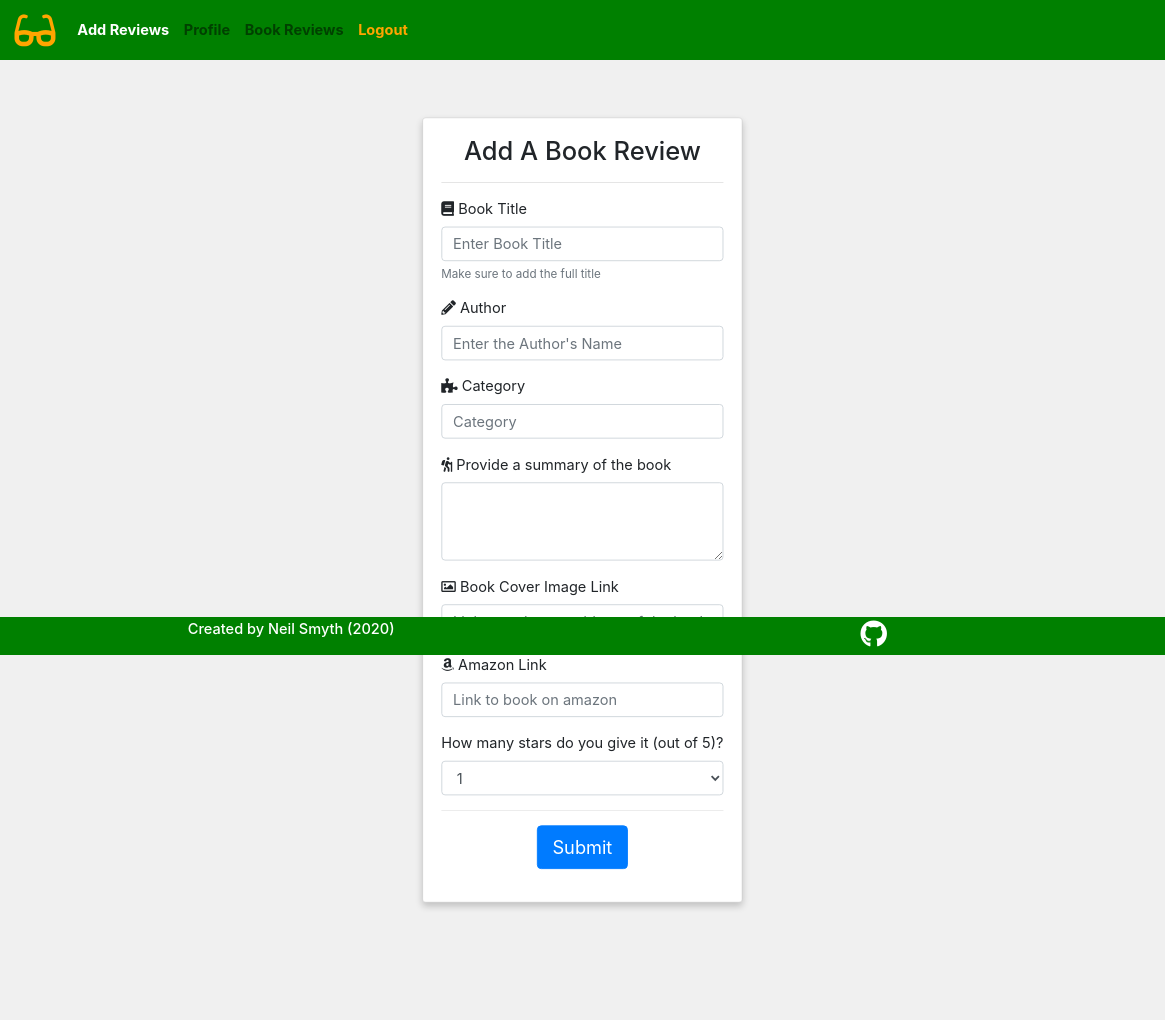
Repository: NeiloErnesto89/Data_Centric_Dev_Milestone_Project3
Page: templates/add_review.html
The author's editor kept a record of every edit. The page is drawn from the files as they stood at one moment, then again after the next edit.
The browser window is 1280 px wide. The pictures show the whole page, at 91% of full size.
Some web libraries are served in a nearby version. The template is drawn by Flask 3. The application's start-up code is not run. Other server files are loaded and not shown. The template is opened directly, without the code that normally fills it, so the values that code supplies are empty.

Above is the page before.

### templates/add_review.html
<div class="cover-container d-flex mx-auto flex-column">


{% extends 'base.html' %}

<!--NavBar with Burger Icon-->
{% block navbar %}
<header class="nav-container">
    <nav class="navbar navbar-expand-lg navbar-light mb-1 text-center fixed-top">
        <a class="navbar-brand" data-target="#modalPopUp" data-toggle="modal"><i class="fas fa-glasses" style="font-size:40px;color:orange;"></i></a>
        <button class="navbar-toggler" type="button" data-toggle="collapse" data-target="#navbarTogglerDemo02" aria-controls="navbarTogglerDemo02" aria-expanded="false" aria-label="Toggle navigation">
                                <span class="navbar-toggler-icon"></span>
                              </button>
        <div class="collapse navbar-collapse" id="navbarTogglerDemo02">
            <ul class="navbar-nav mr-auto mt-0 mt-lg-0">

                {% if user.username == None %}
                <li class="nav-item">
                    <a class="nav-link" href="{{ url_for('index') }}"><b>Home</b></a>
                </li>
                <li class="nav-item">
                    <a class="nav-link" href="{{ url_for('signup') }}"><b>Sign Up</b></a>
                </li>
                <li class="nav-item">
                    <a class="nav-link" href="{{ url_for('login') }}"><b>Login</b></a>
                </li>

                {% elif user.username == 'admin' %}

                <li class="nav-item">
                    <a class="nav-link" style="color:white;" href="{{ url_for('admin') }}"><b>Admin</b></a>
                </li>
                <li class="nav-item">
                    <a class="nav-link" href="{{ url_for('all_comments') }}"><b>Internal Notes</b></a>
                </li>
                <li class="nav-item">
                    <a class="nav-link" href="{{ url_for('bio') }}"><b>Profile</b></a>
                </li>
                <li class="nav-item">
                    <a class="nav-link" href="{{ url_for('all_reviews') }}"><b>Book Reviews</b></a>
                </li>

                <div>
                    <li class="nav-item">
                        <a class="nav-link" style="color:orange;" href="{{ url_for('logout') }}"><b>Logout</b></a>
                    </li>
                </div>

                {% else %}
                <a class="nav-link" style="color:white;" href="{{ url_for('review_page') }}"><b>Add Reviews</b></a>
                </li>
                <li class="nav-item">
                    <a class="nav-link" href="{{ url_for('bio') }}"><b>Profile</b></a>
                </li>
                <li class="nav-item">
                    <a class="nav-link" href="{{ url_for('all_reviews') }}"><b>Book Reviews</b></a>
                </li>
                <li class="nav-item">
                    <a class="nav-link" style="color:orange;" href="{{ url_for('logout') }}"><b>Logout</b></a>
                </li>
                {% endif %}


            </ul>
        </div>
    </nav>
</header>
{% endblock navbar %} {% block content %}
<div class="container-fluid">
    <div class="row justify-content-center">

        <!--  <div class="col-md-12 text-center">
            <h1 class="add_header mt-3 mb-3">Add A Book Review</h1>
        </div> -->

        <div class="card card-signin my-5">
            <div class="card-body">
                <h3 class="card-title text-center">Add A Book Review</h3>
                <hr>
                <form action="/add_review" method="POST">

                    <div class="form-group">
                        <i class="fas fa-book"></i>
                        <label for="inputBookTitle">Book Title</label>
                        <input id="book_title" name="book_title" type="text" class="form-control" aria-describedby="bookTitle" placeholder="Enter Book Title" maxlength="50">
                        <small id="emailHelp" class="form-text text-muted">Make sure to add the full title </small>
                    </div>

                    <div class="form-group">
                        <i class="fas fa-pencil-alt"></i>
                        <label for="inputAuthor">Author</label>
                        <input id="book_author" name="book_author" type="text" class="form-control" aria-describedby="bookTitle" placeholder="Enter the Author's Name" maxlength="35">
                    </div>

                    <div class="form-group">
                        <i class="fas fa-puzzle-piece"></i>
                        <label for="InputCategory">Category</label>
                        <input id="category_name" name="category_name" type="text" class="form-control" maxlength="35" placeholder="Category">
                    </div>

                    <div class="form-group">
                        <i class="fas fa-hiking"> </i>
                        <label for="Textarea">Provide a summary of the book</label>
                        <textarea id="summary" name="summary" class="form-control" rows="3" maxlength="350"></textarea>
                    </div>

                    <div class="form-group">
                        <i class="far fa-image"></i>
                        <label for="pic">Book Cover Image Link</label>
                        <input id="pic" name="pic" type="text" class="form-control" placeholder="Link to an image address of the book cover">
                    </div>

                    <div class="form-group">
                        <i class="fab fa-amazon"></i>
                        <label for="amazon">Amazon Link</label>
                        <input id="amazon" name="amazon" type="text" class="form-control" placeholder="Link to book on amazon">
                    </div>

                    <div class="form-group">
                        <label for="exampleFormControlSelect2">How many stars do you give it (out of 5)?</label>
                        <select class="form-control" id="stars" name="stars">
                      <option>1</option>
                      <option>2</option>
                      <option>3</option>
                      <option>4</option>
                      <option>5</option>
                    </select>
                    </div>

                    <hr>
                    <div class="row">
                        <div class="col-sm-12">
                            <div class="text-center">
                                <button type="submit" class="btn btn-primary btn-lg">Submit</button>
                            </div>
                        </div>
                    </div>

                </form>
            </div>
        </div>

    </div>
</div>
{% endblock %}

</div> <!--COVER-->

### templates/base.html
<!DOCTYPE html>
<html lang="en">

<head>
    <meta charset="UTF-8">
    <meta name="viewport" content="width=device-width, initial-scale=1.0">
    <meta http-equiv="X-UA-Compatible" content="ie=edge">

    <title>Book Reviews</title>

    <!-- Bootstrap -->
    <link rel="stylesheet" href="https://stackpath.bootstrapcdn.com/bootstrap/4.3.1/css/bootstrap.min.css" integrity="sha384-ggOyR0iXCbMQv3Xipma34MD+dH/1fQ784/j6cY/iJTQUOhcWr7x9JvoRxT2MZw1T" crossorigin="anonymous">

    <!-- Google Font-->

    <link href="https://fonts.googleapis.com/css?family=Montserrat:400,700" rel="stylesheet">

    <!-- Font Awesome-->

    <link rel="stylesheet" href="https://use.fontawesome.com/releases/v5.7.2/css/all.css" integrity="sha384-fnmOCqbTlWIlj8LyTjo7mOUStjsKC4pOpQbqyi7RrhN7udi9RwhKkMHpvLbHG9Sr" crossorigin="anonymous">

    <link rel="stylesheet" href="https://cdnjs.cloudflare.com/ajax/libs/font-awesome/4.7.0/css/font-awesome.min.css">

    <!-- CSS -->

    <link rel="stylesheet" href="{{url_for('static', filename='css/style.css')}}" type="text/css" />


</head>

<body>

<div class="cover-container d-flex mx-auto flex-column">

            <!--NavBar with Burger Icon-->
        {% block navbar %}
        <header class="nav-container">
            <nav class="navbar navbar-expand-lg navbar-light mb-1 text-center fixed-top">
                <a class="navbar-brand" href="{{ url_for('index') }}" data-target="#modalPopUp" data-toggle="modal"><i class="fas fa-glasses" style="font-size:40px;color:orange;"></i></a>
                <button class="navbar-toggler" type="button" data-toggle="collapse" data-target="#navbarTogglerDemo02" aria-controls="navbarTogglerDemo02" aria-expanded="false" aria-label="Toggle navigation">
                                <span class="navbar-toggler-icon"></span>
                              </button>
                <div class="collapse navbar-collapse" id="navbarTogglerDemo02">
                    <ul class="navbar-nav mr-auto mt-0 mt-lg-0">


                        <li class="nav-item">
                            <a class="nav-link" href="{{ url_for('index') }}"><b>Home</b></a>
                        </li>
                        <li class="nav-item">
                            <a class="nav-link" href="{{ url_for('signup') }}"><b>Sign Up</b></a>
                        </li>
                        <li class="nav-item">
                            <a class="nav-link" href="{{ url_for('login') }}"><b>Login</b></a>
                        </li>

                    </ul>
                </div>
            </nav>
        </header>
        {% endblock navbar %}



    <hr>

    <main class="container base-container mt-5 mb-5">
            {% block content %}
            {% endblock %}

    </main>
    <hr>

        <!--FOOTER -->

        <div class="footer container-fluid">
            <div class="row justify-content-center">
                <div class="text-center col-xs-12 col-sm-6 mt-1 mb-2">

                    <h6>Created by Neil Smyth (2020)</h6>

                </div>
                <div class="text-center col-xs-12 col-sm-6 mt-1 mb-2">

                    <a href="https://github.com/NeiloErnesto89" target="_blank "><i class="fab fa-github" style="font-size:30px; color:white; "></i></a>

                </div>
            </div>
        </div> <!-- footer container-->

</div>    <!--Cover Container -->

    <!-- JQuery -->
    <script src="https://cdnjs.cloudflare.com/ajax/libs/jquery/3.2.1/jquery.min.js"></script>

    <!-- Bootstrap JS-->

    <script src="https://code.jquery.com/jquery-3.3.1.slim.min.js" integrity="sha384-q8i/X+965DzO0rT7abK41JStQIAqVgRVzpbzo5smXKp4YfRvH+8abtTE1Pi6jizo" crossorigin="anonymous"></script>
    <script src="https://cdnjs.cloudflare.com/ajax/libs/popper.js/1.14.7/umd/popper.min.js" integrity="sha384-UO2eT0CpHqdSJQ6hJty5KVphtPhzWj9WO1clHTMGa3JDZwrnQq4sF86dIHNDz0W1" crossorigin="anonymous"></script>
    <script src="https://stackpath.bootstrapcdn.com/bootstrap/4.3.1/js/bootstrap.min.js" integrity="sha384-JjSmVgyd0p3pXB1rRibZUAYoIIy6OrQ6VrjIEaFf/nJGzIxFDsf4x0xIM+B07jRM" crossorigin="anonymous"></script>

    <!-- JS File -->

    <script src="{{url_for('static', filename='js/script.js')}}"></script>


    <!--  <script type="text/javascript">
        $(document).ready(function() {
            $('.collapsible').collapsible();
        });
    </script>  -->
</body>

</html>

### static/css/style.css
body {
  background-color: #F0F0F0;
  display: flex;


}

.cover1 {
  min-height: 100vh;
  background: url('../images/libs.jpg') no-repeat center center fixed;
    -webkit-background-size: cover;
  -moz-background-size: cover;
  -o-background-size: cover;
  background-size: cover;
  display: flex;
  align-items: center;
  justify-content: center;
  transition: all .5s ease-in-out;
  -moz-transition: all .5s ease-in-out;
  -webkit-transition: all .5s ease-in-out;
  -o-transition: all .5s ease-in-out;
  position: relative;

}


/*.cover-container {
  min-height: 100vh;
  background: url('../images/libs.jpg') no-repeat center center fixed;
    -webkit-background-size: cover;
  -moz-background-size: cover;
  -o-background-size: cover;
  background-size: cover;
  display: flex;
  align-items: center;
  justify-content: center;
  transition: all .5s ease-in-out;
  -moz-transition: all .5s ease-in-out;
  -webkit-transition: all .5s ease-in-out;
  -o-transition: all .5s ease-in-out;
  position: relative;
} */


.navbar {
  background-color: green;
}

.jumbotron {
  background-color: #ffa31a;
  margin-right: 3rem;
  margin-left: 3rem;

}

/* Paginate Button on All Reviews.html (taken from w3 schools*/

.paginate {
  display: inline-block;
}

.paginate a {
  color: black;
  float: left;
  padding: 8px 16px;
  text-decoration: none;
  margin: 15px;
}

.paginate a.active {
  background-color: #4CAF50;
  color: white;
  border-radius: 5px;
}

.paginate a:hover:not(.active) {
  background-color: #ddd;
  border-radius: 5px;
}

/* all_reviews.html - book review cards*/

.card {
  margin: 5px;
  box-shadow: 0 4px 8px 0 rgba(0, 0, 0, 0.2)
  /*border: 8px solid rgb(5, 187, 5);
  border-radius: 3rem; */
}

/* Card Image */

.book_image {
  background-color: white;
  box-shadow: 0 4px 8px 0 rgba(0, 0, 0, 0.2), 0 6px 20px 0 rgba(0, 0, 0, 0.19);
  max-width: 100%;
  height: 28rem;

}

/*
  .card-img-top {
    width: 100%;
    height: 15vw;
    object-fit: cover;
}
  */

/* MODAL */

.modal {
  color: black;
  background-color: rgb(204, 255, 204, 0.8);
}

.modal-header {

  background-color: rgb(204, 255, 204);
  opacity: 0.8;

}

.modal-title {
  font-size: 34px;
  font-weight: bold;
  text-align: center;
  /*margin-left: 45px; */
  padding: 5px;
  /*text-decoration: underline;*/
}


.modal-body {
  font-size: 15px;
  font-weight: bold;
  color: white;
  background-color: rgb(0, 153, 51);
  opacity: 0.8;
  text-align: center;
}

.modal-footer {
  background-color: rgb(204, 255, 204);
  opacity: 0.8;
}

.modal-header .close {
  margin: -10px;
}

/*

#logout_button {
  color: #3d7a59;
  font-weight: 700;
  font-size: 17px;
  margin: 5px;
  padding: 5px;
  position: fixed;
  bottom: 7px;
  right: 2px;
  z-index: 1;
  opacity: 0.9;
} */

.footer {
  position: fixed;
  left: 0;
  bottom: 0;
  width: 100%;
  background-color: green;
  color: white;
  text-align: center;
}

### static/js/script.js
/*$(document).ready(function() {

    $('#popUpModal').modal('show');
}); */

$(function () {
  $('[data-toggle="tooltip"]').tooltip()
})

After the next edit:
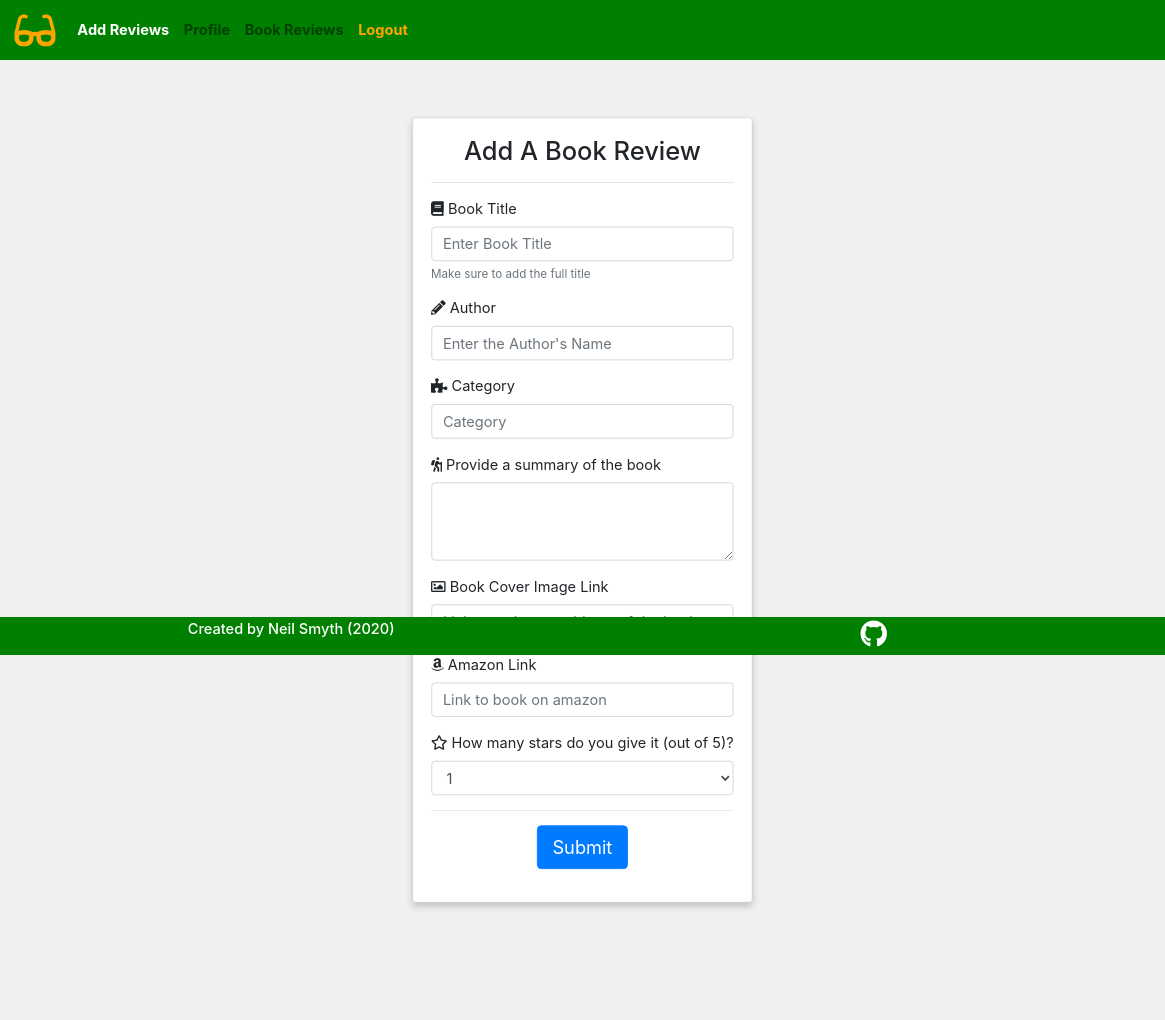
The edit:
--- a/templates/add_review.html
+++ b/templates/add_review.html
@@ -117,6 +117,7 @@
                     </div>
 
                     <div class="form-group">
+                        <i class="far fa-star"></i>
                         <label for="exampleFormControlSelect2">How many stars do you give it (out of 5)?</label>
                         <select class="form-control" id="stars" name="stars">
                       <option>1</option>
